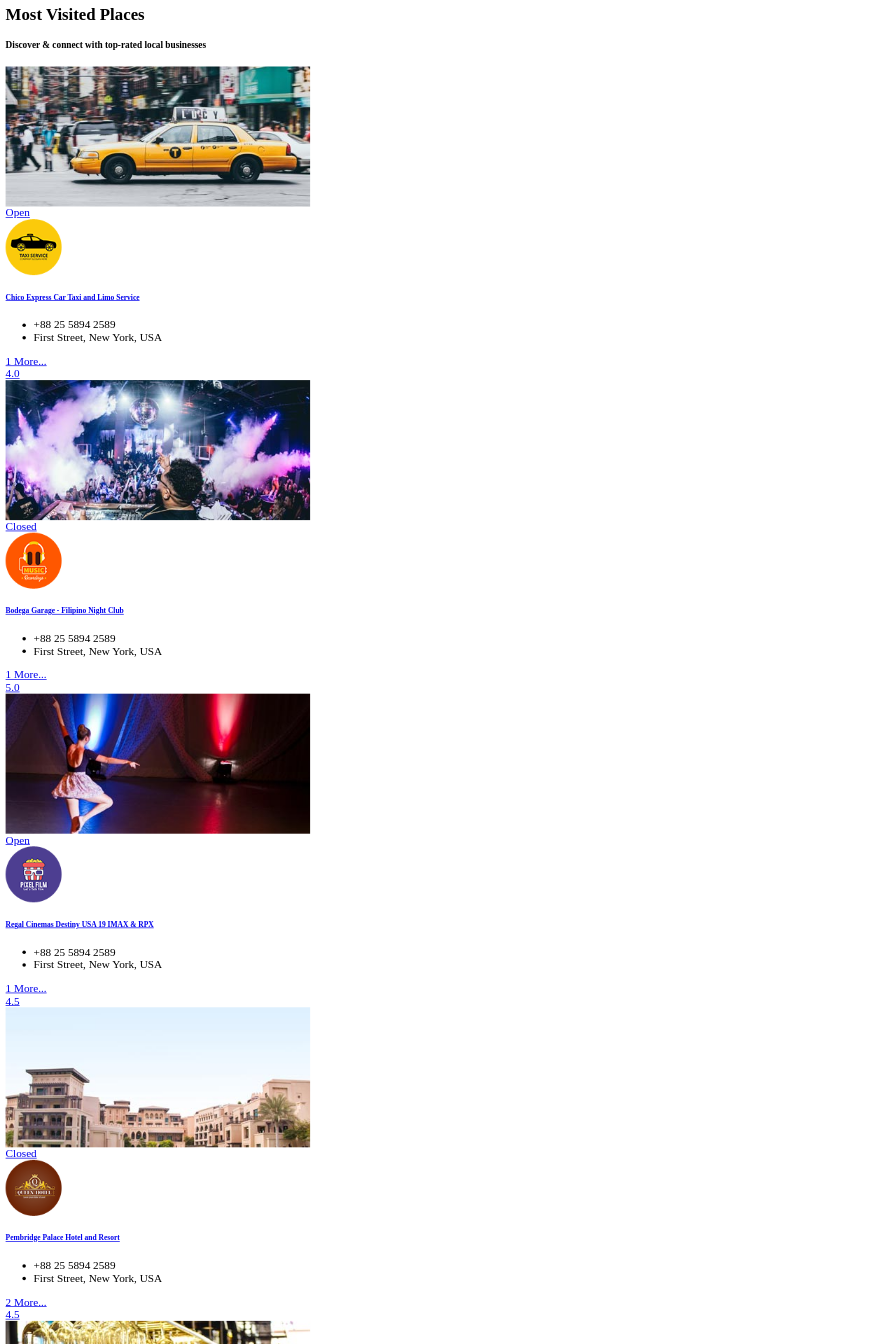
Repository: mateusfln/Finder
Page: http://localhost/tmp/plugins/Site/templates/element/bookmarkCard.php
The author's editor kept a copy of each file at every save. The page is drawn from the files as they stood at one save, then again after the next save.
The browser window is 1280 px wide. The pictures show the part of the page from y = 0 to 1920 px (the page is 2791 px tall before and 2742 px after), at 70% of full size.
The page is run by PHP 8.4 with error messages shown; the project is at /var/www/html/.

Above is the page before, as saved 2024-02-12 13:59:18.

### plugins/Site/templates/element/bookmarkCard.php

<section>
            <div class="container">
                <div class="row justify-content-center">
                    <div class="col-12 col-md-10 text-center">
                        <div class="heading pb-4">
                            <h2 class="f-weight-500">Most Visited Places</h2>
                            <h5 class="lis-light">Discover & connect with top-rated local businesses</h5>
                        </div>
                    </div>
                </div>
            </div>
            <div class="container-fluid px-0">
                <div class="fullwidth-carousel-container center slider">
                    <div>
                        <div class="card lis-brd-light text-center text-lg-left">
                            <a href="#">
                                <div class="lis-grediant grediant-tb-light2 lis-relative modImage rounded-top">
                                    <img src="/images/img1.jpg" alt="" class="img-fluid rounded-top w-100" />
                                </div>
                                <div class="lis-absolute lis-right-20 lis-top-20">
                                    <div class="lis-post-meta border border-white text-white rounded lis-f-14">Open</div>
                                </div>
                            </a>
                            <div class="card-body pt-0">
                                <div class="media d-block d-lg-flex lis-relative">
                                    <img src="/images/card-logo.png" alt="" class="lis-mt-minus-15 img-fluid d-lg-flex mx-auto mr-lg-3 mb-4 mb-lg-0 border lis-border-width-2 rounded-circle border-white" width="80" />
                                    <div class="media-body align-self-start mt-2">
                                        <h6 class="mb-0 lis-font-weight-600"><A href="#" class="lis-dark">Chico Express Car Taxi and Limo Service</A></h6>
                                    </div>
                                </div>
                                <ul class="list-unstyled my-4 lis-line-height-2">
                                    <li><i class="fa fa-phone pr-2"></i> +88 25 5894 2589</li>
                                    <li><i class="fa fa-map-o pr-2"></i> First Street, New York, USA</li>
                                </ul>
                                <div class="clearfix">
                                    <div class="float-none float-lg-left mb-3 mb-lg-0 mt-1">
                                        <A href="#" class="text-white"><i class="icofont icofont-travelling px-2 lis-bg5 py-2 lis-rounded-circle-50 lis-f-14"></i></A>
                                        <A href="#" class="lis-id-info lis-light p-2 lis-rounded-circle-50 lis-f-14">1 More...</A>
                                    </div>
                                    <div class="float-none float-lg-right mt-1">
                                        <A href="#" class="lis-light lis-f-14"><i class="fa fa-envelope-o lis-id-info  lis-rounded-circle-50 text-center"></i></A>
                                        <A href="#" class="lis-light lis-f-14"><i class="fa fa-heart-o lis-id-info  lis-rounded-circle-50 text-center"></i></A>
                                        <A href="#" class="lis-green-light text-white text-white p-2 lis-rounded-circle-50 lis-f-14 lis-line-height-2"><i class="fa fa-star"></i> 4.0</A>
                                    </div>
                                </div>
                            </div>
                        </div>
                    </div>
                    <div>
                        <div class="card lis-brd-light text-center text-lg-left">
                            <a href="#">
                                <div class="lis-grediant grediant-tb-light2 lis-relative modImage rounded-top">
                                    <img src="/images/img2.jpg" alt="" class="img-fluid rounded-top w-100" />
                                </div>

                                <div class="lis-absolute lis-right-20 lis-top-20">
                                    <div class="lis-post-meta border border-white text-white rounded lis-f-14">Closed</div>
                                </div>
                            </a>
                            <div class="card-body pt-0">
                                <div class="media d-block d-lg-flex lis-relative">
                                    <img src="/images/card-logo2.png" alt="" class="lis-mt-minus-15  img-fluid d-lg-flex mx-auto mr-lg-3 mb-4 mb-lg-0 border lis-border-width-2 rounded-circle border-white" width="80" />
                                    <div class="media-body align-self-start mt-2">
                                        <h6 class="mb-0 lis-font-weight-600"><A href="#" class="lis-dark">Bodega Garage - Filipino Night Club</A></h6>
                                    </div>
                                </div>
                                <ul class="list-unstyled my-4 lis-line-height-2">
                                    <li><i class="fa fa-phone pr-2"></i> +88 25 5894 2589</li>
                                    <li><i class="fa fa-map-o pr-2"></i> First Street, New York, USA</li>
                                </ul>
                                <div class="clearfix">
                                    <div class="float-none float-lg-left mb-3 mb-lg-0 mt-1">
                                        <A href="#" class="text-white"><i class="icofont icofont-radio-mic px-2 lis-bg3 py-2 lis-rounded-circle-50 lis-f-14"></i></A>
                                        <A href="#" class="text-white"><i class="icofont icofont-beer px-2 lis-bg2 py-2 lis-rounded-circle-50 lis-f-14"></i></A>
                                        <A href="#" class="lis-id-info lis-light p-2 lis-rounded-circle-50 lis-f-14">1 More...</A>
                                    </div>
                                    <div class="float-none float-lg-right mt-1">
                                        <A href="#" class="lis-light lis-f-14"><i class="fa fa-envelope-o lis-id-info  lis-rounded-circle-50 text-center"></i></A>
                                        <A href="#" class="lis-light lis-f-14"><i class="fa fa-heart-o lis-id-info  lis-rounded-circle-50 text-center"></i></A>
                                        <A href="#" class="lis-green-light text-white p-2 lis-rounded-circle-50 lis-f-14"><i class="fa fa-star"></i> 5.0</A>
                                    </div>
                                </div>
                            </div>
                        </div>
                    </div>
                    <div>
                        <div class="card lis-brd-light text-center text-lg-left">
                            <a href="#">
                                <div class="lis-grediant grediant-tb-light2 lis-relative modImage rounded-top">
                                    <img src="/images/img3.jpg" alt="" class="img-fluid rounded-top w-100" />
                                </div>
                                <div class="lis-absolute lis-right-20 lis-top-20">
                                    <div class="lis-post-meta border border-white text-white rounded lis-f-14">Open</div>
                                </div>
                            </a>
                            <div class="card-body pt-0">
                                <div class="media d-block d-lg-flex lis-relative">
                                    <img src="/images/card-logo3.png" alt="" class="lis-mt-minus-15 img-fluid d-lg-flex mx-auto mr-lg-3 mb-4 mb-lg-0 border lis-border-width-2 rounded-circle border-white" width="80" />
                                    <div class="media-body align-self-start mt-2">
                                        <h6 class="mb-0 lis-font-weight-600"><A href="#" class="lis-dark">Regal Cinemas Destiny USA 19 IMAX & RPX</A></h6>
                                    </div>
                                </div>
                                <ul class="list-unstyled my-4 lis-line-height-2">
                                    <li><i class="fa fa-phone pr-2"></i> +88 25 5894 2589</li>
                                    <li><i class="fa fa-map-o pr-2"></i> First Street, New York, USA</li>
                                </ul>
                                <div class="clearfix">
                                    <div class="float-none float-lg-left mb-3 mb-lg-0 mt-1">
                                        <A href="#" class="text-white"><i class="icofont icofont-radio-mic px-2 lis-bg3 py-2 lis-rounded-circle-50 lis-f-14"></i></A>
                                        <A href="#" class="lis-id-info lis-light p-2 lis-rounded-circle-50 lis-f-14">1 More...</A>
                                    </div>
                                    <div class="float-none float-lg-right mt-1">
                                        <A href="#" class="lis-light lis-f-14"><i class="fa fa-envelope-o lis-id-info  lis-rounded-circle-50 text-center"></i></A>
                                        <A href="#" class="lis-light lis-f-14"><i class="fa fa-heart-o lis-id-info  lis-rounded-circle-50 text-center"></i></A>
                                        <A href="#" class="lis-green-light text-white p-2 lis-rounded-circle-50 lis-f-14"><i class="fa fa-star"></i> 4.5</A>
                                    </div>
                                </div>
                            </div>
                        </div>
                    </div>
                    <div>
                        <div class="card lis-brd-light text-center text-lg-left">
                            <a href="#">
                                <div class="lis-grediant grediant-tb-light2 lis-relative modImage rounded-top">
                                    <img src="/images/img4.jpg" alt="" class="img-fluid rounded-top w-100" />
                                </div>
                                <div class="lis-absolute lis-right-20 lis-top-20">
                                    <div class="lis-post-meta border border-white text-white rounded lis-f-14">Closed</div>
                                </div>
                            </a>
                            <div class="card-body pt-0">
                                <div class="media d-block d-lg-flex lis-relative">
                                    <img src="/images/card-logo4.png" alt="" class="lis-mt-minus-15 img-fluid d-lg-flex mx-auto mr-lg-3 mb-4 mb-lg-0 border lis-border-width-2 rounded-circle border-white" width="80" />
                                    <div class="media-body align-self-start mt-2">
                                        <h6 class="mb-0 lis-font-weight-600"><A href="#" class="lis-dark">Pembridge Palace Hotel and Resort</A></h6>
                                    </div>
                                </div>
                                <ul class="list-unstyled my-4 lis-line-height-2">
                                    <li><i class="fa fa-phone pr-2"></i> +88 25 5894 2589</li>
                                    <li><i class="fa fa-map-o pr-2"></i>First Street, New York, USA</li>
                                </ul>
                                <div class="clearfix">
                                    <div class="float-none float-lg-left mb-3 mb-lg-0 mt-1">
                                        <A href="#" class="text-white"><i class="icofont icofont-hotel-alt px-2 lis-bg1 py-2 lis-rounded-circle-50 lis-f-14"></i></A>
                                        <A href="#" class="text-white"><i class="icofont icofont-fast-food px-2 lis-bg2 py-2 lis-rounded-circle-50 lis-f-14"></i></A>
                                        <A href="#" class="lis-id-info lis-light p-2 lis-rounded-circle-50 lis-f-14">2 More...</A>
                                    </div>
                                    <div class="float-none float-lg-right mt-1">
                                        <A href="#" class="lis-light lis-f-14"><i class="fa fa-envelope-o lis-id-info  lis-rounded-circle-50 text-center"></i></A>
                                        <A href="#" class="lis-light lis-f-14"><i class="fa fa-heart-o lis-id-info  lis-rounded-circle-50 text-center"></i></A>
                                        <A href="#" class="lis-green-light text-white p-2 lis-rounded-circle-50 lis-f-14"><i class="fa fa-star"></i> 4.5</A>
                                    </div>
                                </div>
                            </div>
                        </div>
                    </div>
                    <div>
                        <div class="card lis-brd-light text-center text-lg-left">
                            <a href="#">
                                <div class="lis-grediant grediant-tb-light2 lis-relative modImage rounded-top">
                                    <img src="/images/img5.jpg" alt="" class="img-fluid rounded-top w-100" />
                                </div>
                                <div class="lis-absolute lis-right-20 lis-top-20">
                                    <div class="lis-post-meta border border-white text-white rounded lis-f-14">Open</div>
                                </div>
                            </a>
                            <div class="card-body pt-0">
                                <div class="media d-block d-lg-flex lis-relative">
                                    <img src="/images/card-logo5.png" alt="" class="lis-mt-minus-15 img-fluid d-lg-flex mx-auto mr-lg-3 mb-4 mb-lg-0 border lis-border-width-2 rounded-circle border-white" width="80" />
                                    <div class="media-body align-self-start mt-2">
                                        <h6 class="mb-0 lis-font-weight-600"><A href="#" class="lis-dark">Vintage Italian Beer Bar & Restaurant</A></h6>
                                    </div>
                                </div>
                                <ul class="list-unstyled my-4 lis-line-height-2">
                                    <li><i class="fa fa-phone pr-2"></i> +88 25 5894 2589</li>
                                    <li><i class="fa fa-map-o pr-2"></i> First Street, New York, USA</li>
                                </ul>
                                <div class="clearfix">
                                    <div class="float-none float-lg-left mb-3 mb-lg-0 mt-1">
                                        <A href="#" class="text-white"><i class="icofont icofont-travelling px-2 lis-bg5 py-2 lis-rounded-circle-50 lis-f-14"></i></A>
                                        <A href="#" class="lis-id-info lis-light p-2 lis-rounded-circle-50 lis-f-14">1 More...</A>
                                    </div>
                                    <div class="float-none float-lg-right mt-1">
                                        <a href="#" class="lis-light lis-f-14"><i class="fa fa-envelope-o lis-id-info  lis-rounded-circle-50 text-center"></i></a>
                                        <A href="#" class="lis-light lis-f-14"><i class="fa fa-heart-o lis-id-info  lis-rounded-circle-50 text-center"></i></A>
                                        <A href="#" class="lis-green-light text-white p-2 lis-rounded-circle-50 lis-f-14"><i class="fa fa-star"></i> 4.0</A>
                                    </div>
                                </div>
                            </div>
                        </div>
                    </div>
                    <div>
                        <div class="card lis-brd-light text-center text-lg-left">
                            <a href="#">
                                <div class="lis-grediant grediant-tb-light2 lis-relative modImage rounded-top">
                                    <img src="/images/img12.jpg" alt="" class="img-fluid rounded-top w-100" />
                                </div>
                                <div class="lis-absolute lis-right-20 lis-top-20">
                                    <div class="lis-post-meta border border-white text-white rounded lis-f-14">Open</div>
                                </div>
                            </a>
                            <div class="card-body pt-0">
                                <div class="media d-block d-lg-flex lis-relative">
                                    <img src="/images/card-logo6.png" alt="" class="lis-mt-minus-15 img-fluid d-lg-flex mx-auto mr-lg-3 mb-4 mb-lg-0 border lis-border-width-2 rounded-circle border-white" width="80" />
                                    <div class="media-body align-self-start mt-2">
                                        <h6 class="mb-0 lis-font-weight-600"><A href="#" class="lis-dark">Vintage Italian Beer Bar & Restaurant</A></h6>
                                    </div>
                                </div>
                                <ul class="list-unstyled my-4 lis-line-height-2">
                                    <li><i class="fa fa-phone pr-2"></i> +88 25 5894 2589</li>
                                    <li><i class="fa fa-map-o pr-2"></i> First Street, New York, USA</li>
                                </ul>
                                <div class="clearfix">
                                    <div class="float-none float-lg-left mb-3 mb-lg-0 mt-1">
                                        <A href="#" class="text-white"><i class="icofont icofont-travelling px-2 lis-bg5 py-2 lis-rounded-circle-50 lis-f-14"></i></A>
                                        <A href="#" class="lis-id-info lis-light p-2 lis-rounded-circle-50 lis-f-14">1 More...</A>
                                    </div>
                                    <div class="float-none float-lg-right mt-1">
                                        <A href="#" class="lis-light lis-f-14"><i class="fa fa-envelope-o lis-id-info  lis-rounded-circle-50 text-center"></i></A>
                                        <A href="#" class="lis-light lis-f-14"><i class="fa fa-heart-o lis-id-info  lis-rounded-circle-50 text-center"></i></A>
                                        <A href="#" class="lis-green-light text-white p-2 lis-rounded-circle-50 lis-f-14"><i class="fa fa-star"></i> 4.0</A>
                                    </div>
                                </div>
                            </div>
                        </div>
                    </div>
                </div>
            </div>
        </section>

After the next save:
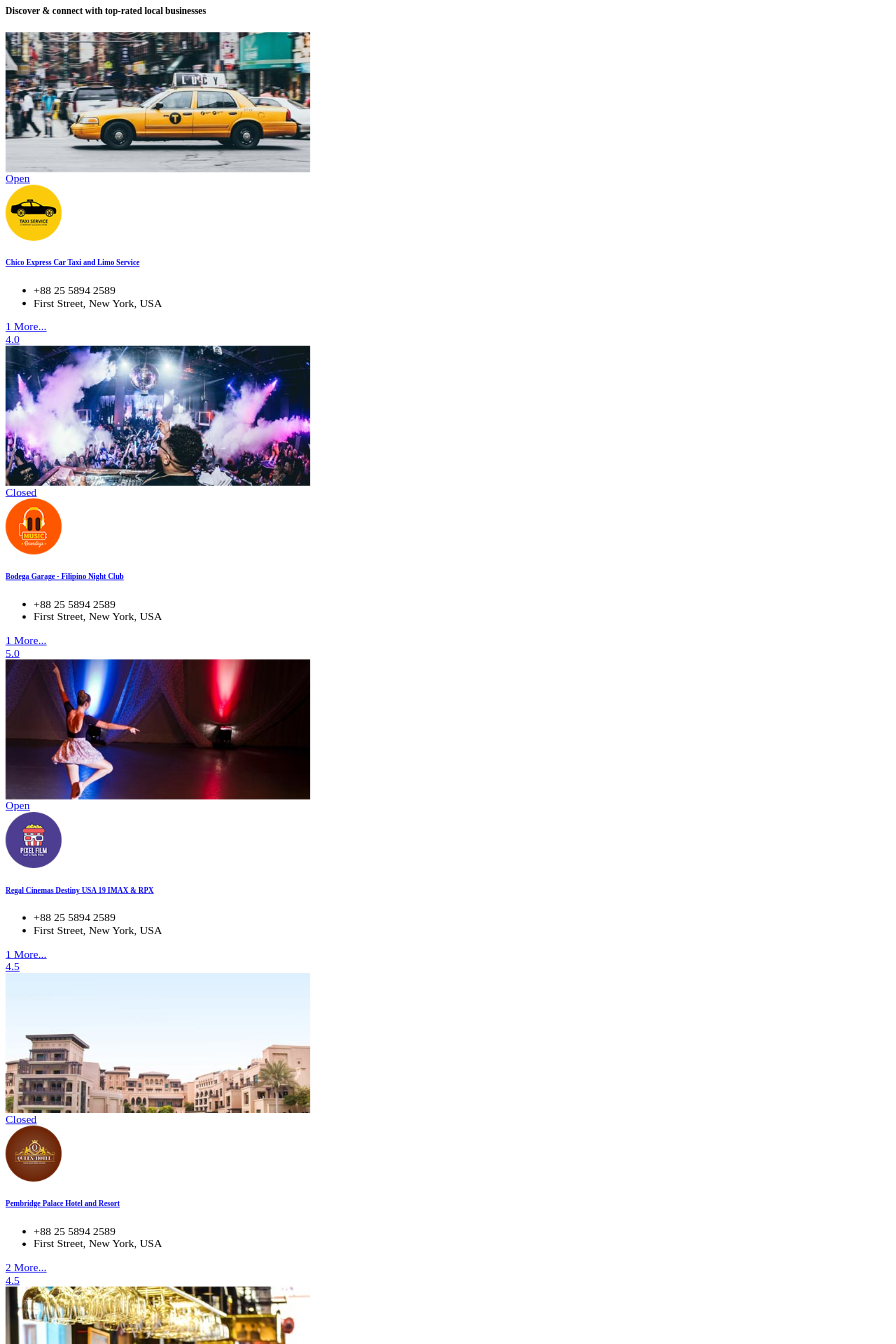
Saved 78 s later.
--- a/plugins/Site/templates/element/bookmarkCard.php
+++ b/plugins/Site/templates/element/bookmarkCard.php
@@ -4,7 +4,7 @@
                 <div class="row justify-content-center">
                     <div class="col-12 col-md-10 text-center">
                         <div class="heading pb-4">
-                            <h2 class="f-weight-500">Most Visited Places</h2>
+                            <h2 class="f-weight-500"></h2>
                             <h5 class="lis-light">Discover & connect with top-rated local businesses</h5>
                         </div>
                     </div>

After the save that followed:
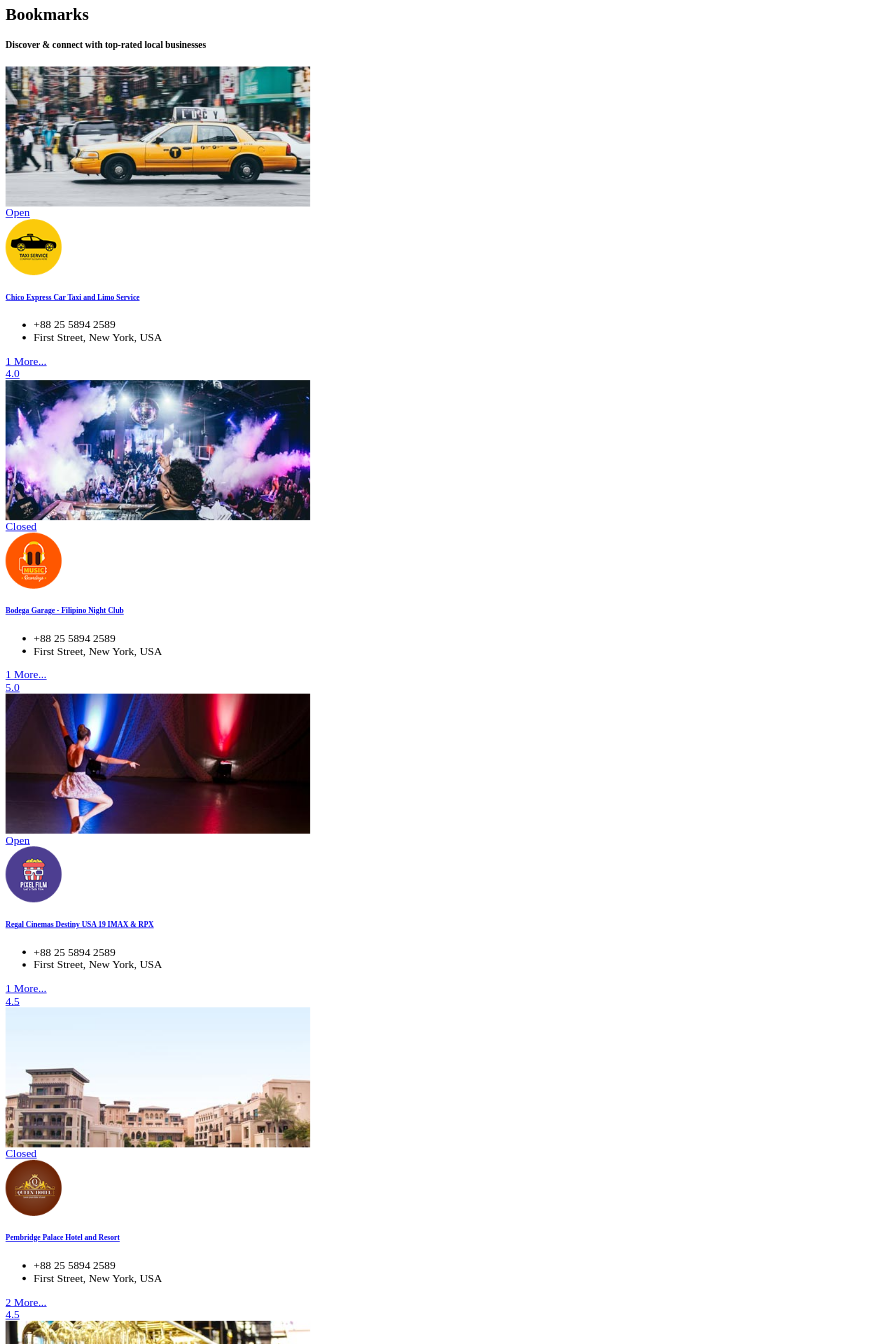
Saved 9 s later.
--- a/plugins/Site/templates/element/bookmarkCard.php
+++ b/plugins/Site/templates/element/bookmarkCard.php
@@ -4,7 +4,7 @@
                 <div class="row justify-content-center">
                     <div class="col-12 col-md-10 text-center">
                         <div class="heading pb-4">
-                            <h2 class="f-weight-500"></h2>
+                            <h2 class="f-weight-500">Bookmarks</h2>
                             <h5 class="lis-light">Discover & connect with top-rated local businesses</h5>
                         </div>
                     </div>
